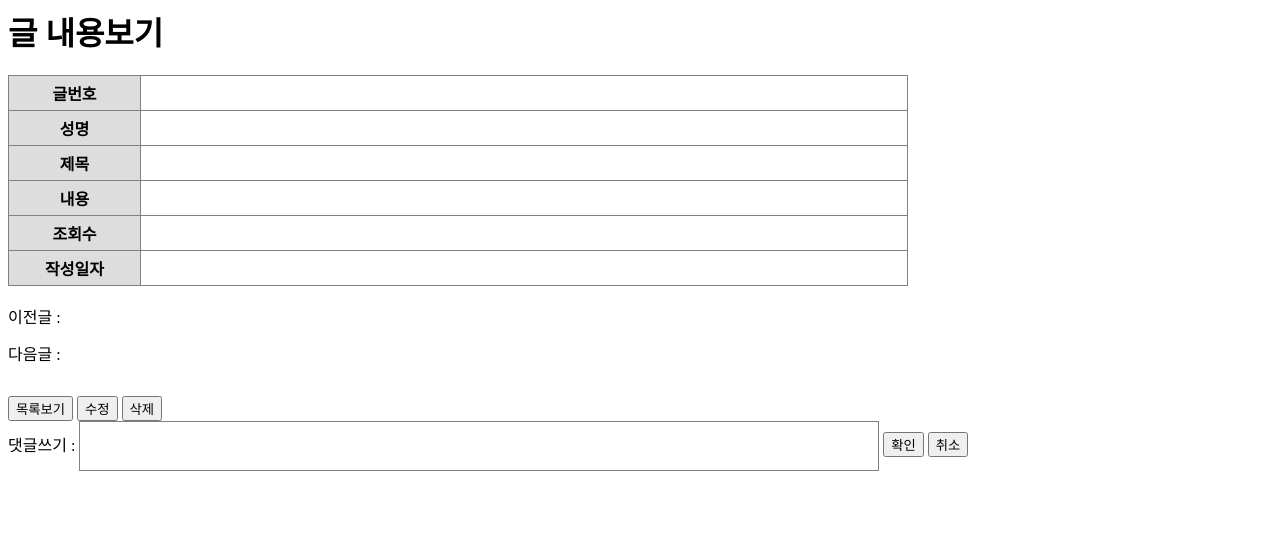
Repository: gold37/Spring
Page: http://localhost/Board/WEB-INF/views/tiles1/board/view.jsp
These files come from the project's save history. The page is drawn as it stood at one moment and after a run of saves; the edit follows.
The browser window is 1280 px wide. The pictures show the whole page.
The page is served by Tomcat 9. Nobody is signed in. The template is opened directly, without the code that normally fills it, so the values that code supplies are empty.

Above is the page before, as saved 2020-07-17 05:32:38.
Console error: ReferenceError: $ is not defined

After the next 2 saves:
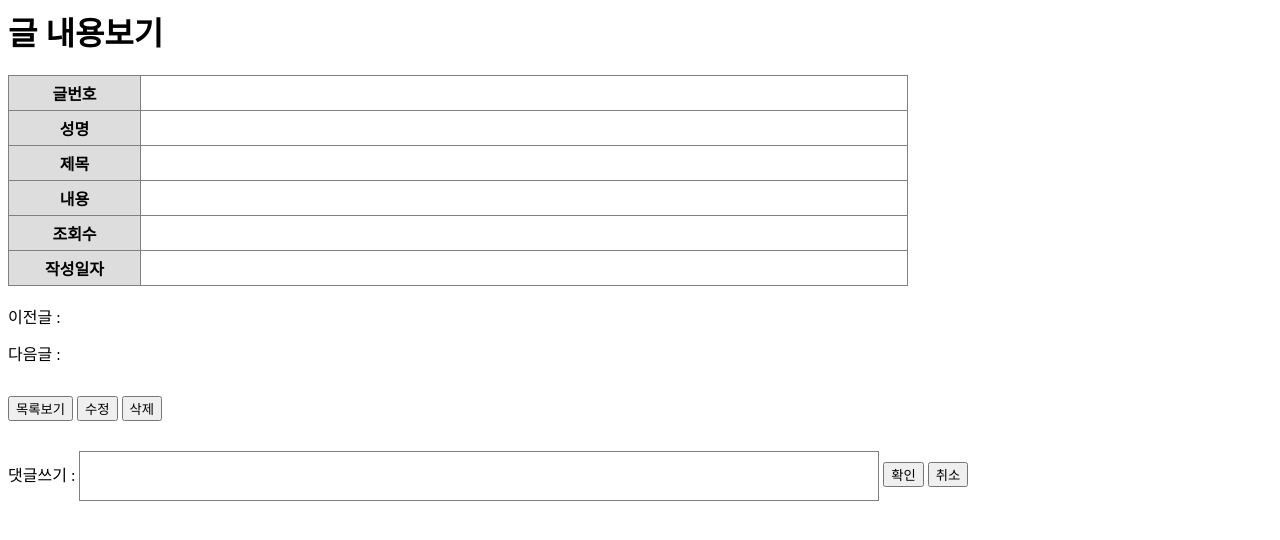
The 2 saves are shown as one change because they came seconds apart.
The last was saved 10 s later.
--- a/springworkspace/Board/src/main/webapp/WEB-INF/views/tiles1/board/view.jsp
+++ b/springworkspace/Board/src/main/webapp/WEB-INF/views/tiles1/board/view.jsp
@@ -95,7 +95,7 @@ a {text-decoration: none !important;}
 	<button type="button" onclick="javascript:location.href='delete.action?seq=${boardvo.seq}'" >삭제</button>
 
 
-	<div>
+	<div style="margin-top: 30px;">
 		댓글쓰기 : <input type="text" style="width:800px; height: 50px;" >
 		<button>확인</button>
 		<button>취소</button>
